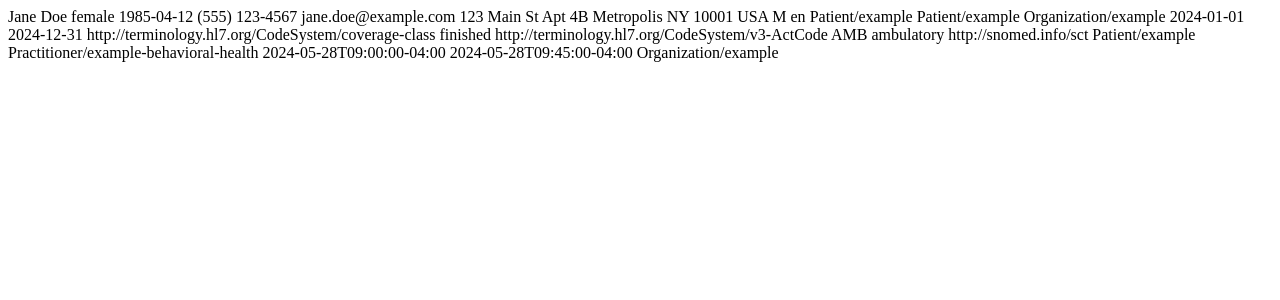
Repository: Laniz/Mapping-project
Page: http://localhost/Best Notes/public/index.php
An editor plug-in stored every save of this project. The page is shown before and after a run of saves, followed by the edit.
The browser window is 1280 px wide. The pictures show the whole page.
The page is run by PHP 8.4 with error messages shown; the project is at /var/www/html/.

Above is the page before, as saved 2025-06-30 22:14:20.

After the next 3 saves:
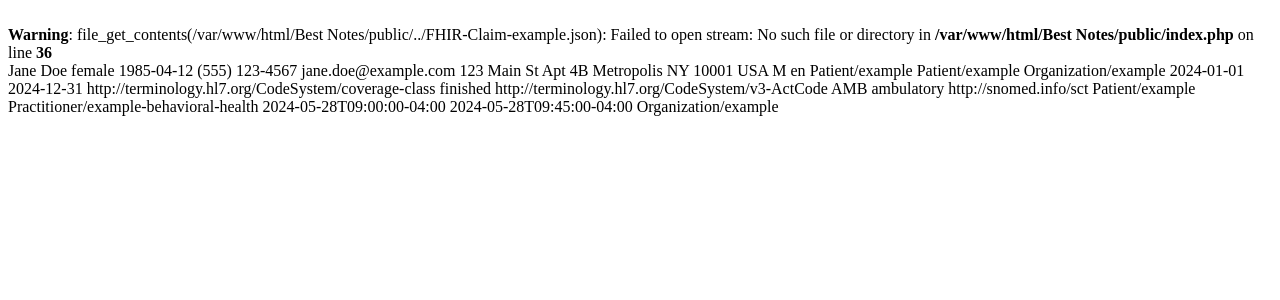
The 3 saves are shown as one change because they came seconds apart.
The last was saved 17 s later.
--- a/Best Notes/public/index.php
+++ b/Best Notes/public/index.php
@@ -33,6 +33,7 @@
 
 $json2 = file_get_contents($inputPath2);
 $json3 = file_get_contents($inputPath3);
+$json4 = file_get_contents($inputPath4);
 
 // this makes an array if true, an object if false
 $data = json_decode($json, true);

After the save that followed:
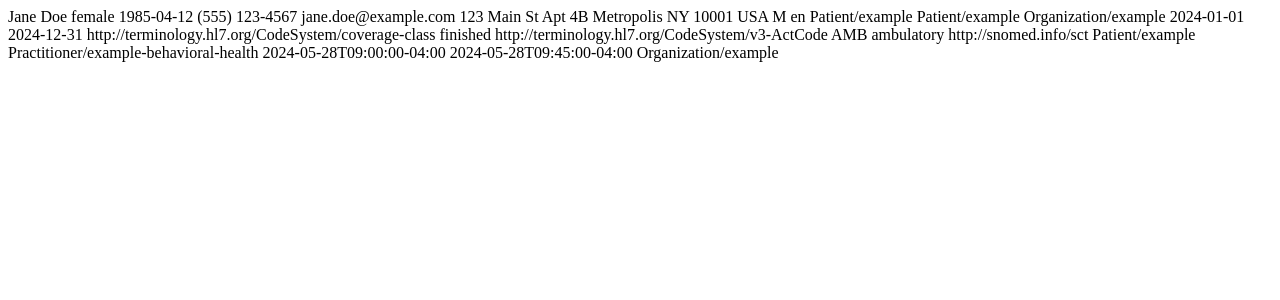
Saved 8 min 12 s later.
--- a/Best Notes/public/index.php
+++ b/Best Notes/public/index.php
@@ -7,92 +7,50 @@
 use App\Mapping\EncounterMapper;
 use App\Mapping\ClaimMapper;
 
-// Initialize the PatientMapper (modular class that converts FHIR to XML)
+// Initialize all mappers
 $patientMapper = new PatientMapper();
-
 $coverageMapper = new CoverageMapper();
 $encounterMapper = new EncounterMapper();
 $claimMapper = new ClaimMapper();
 
-// Create a new XML document that will hold the output
+// Create new XML document
 $doc = new DOMDocument('1.0', 'UTF-8');
 $doc->formatOutput = true;
 
-// Path to the input JSON file (can be a single Patient or a Bundle)
+// Input paths
 $inputPath = __DIR__ . '/../FHIR-Patient-Full.json';
-
 $inputPath2 = __DIR__ . '/../FHIR-Coverage-example.json';
 $inputPath3 = __DIR__ . '/../Encounter-example.json';
+$inputPath4 = __DIR__ . '/../FHIR-CLAIM.json';
 
-$inputPath4 = __DIR__ . '/../FHIR-Claim-example.json';
-
-// or change to FHIR-Patient-example.json, FHIR-Patient-example.json
-
-// Load FHIR data from file as JSON text
+// Load files
 $json = file_get_contents($inputPath);
-
 $json2 = file_get_contents($inputPath2);
 $json3 = file_get_contents($inputPath3);
 $json4 = file_get_contents($inputPath4);
 
-// this makes an array if true, an object if false
+// Decode JSON into PHP arrays
 $data = json_decode($json, true);
-
 $data2 = json_decode($json2, true);
 $data3 = json_decode($json3, true);
+$data4 = json_decode($json4, true);
 
-// Create the root XML node that will wrap all patients
+// Create root XML element
 $root = $doc->createElement("AllMaps");
 
-// Validate and branch depending on input type
-if (!is_array($data) || !isset($data['resourceType'])) {
-    // Basic file/data validation
-    die("Invalid FHIR input file: missing or malformed 'resourceType'\n");
+// Validate input files
+foreach (['Patient' => $data, 'Coverage' => $data2, 'Encounter' => $data3, 'Claim' => $data4] as $type => $resource) {
+    if (!is_array($resource) || !isset($resource['resourceType'])) {
+        die("Invalid FHIR input for $type: missing or malformed 'resourceType'\n");
+    }
 }
 
-if (!is_array($data2) || !isset($data2['resourceType'])) {
-    // Basic file/data validation
-    die("Invalid FHIR input file: missing or malformed 'resourceType'\n");
-}
-if (!is_array($data3) || !isset($data3['resourceType'])) {
-    // Basic file/data validation
-    die("Invalid FHIR input file: missing or malformed 'resourceType'\n");
-}
+// Map and append all resources
+$root->appendChild($patientMapper->map($data, $doc));
+$root->appendChild($coverageMapper->map($data2, $doc));
+$root->appendChild($encounterMapper->map($data3, $doc));
+$root->appendChild($claimMapper->map($data4, $doc));
 
-// Detect whether we're dealing with a single Patient or a Bundle of Patients
-//switch ($data['resourceType']) {
-//    case 'Patient':
-        // Map the single patient directly to XML and append
-        $patientNode = $patientMapper->map($data, $doc);
-        $root->appendChild($patientNode);
-
-        $coverageNode = $coverageMapper->map($data2, $doc);
-        $root->appendChild($coverageNode);
-        $encounterNode = $encounterMapper->map($data3, $doc);
-        $root->appendChild($encounterNode);
-        $claimNode = $claimMapper->map($data3, $doc);
-        $root->appendChild($claimNode);
-//        break;
-
-/*    case 'Bundle':
-        // Loop through all resources in the bundle
-        foreach ($data['entry'] ?? [] as $entry) {
-            $resource = $entry['resource'] ?? null;
-
-            // Only process Patient resources
-            if ($resource && $resource['resourceType'] === 'Patient') {
-                // Convert Patient resource to XML and append to root
-                $patientNode = $mapper->map($resource, $doc);
-                $root->appendChild($patientNode);
-            }
-        }
-        break;
-
-    default:
-        // Currently unsupported resource types
-        die("Unsupported resourceType: " . $data['resourceType'] . "\n");
-}
-*/
-// Append root node to document and print the resulting XML
+// Output final XML
 $doc->appendChild($root);
 echo $doc->saveXML();
